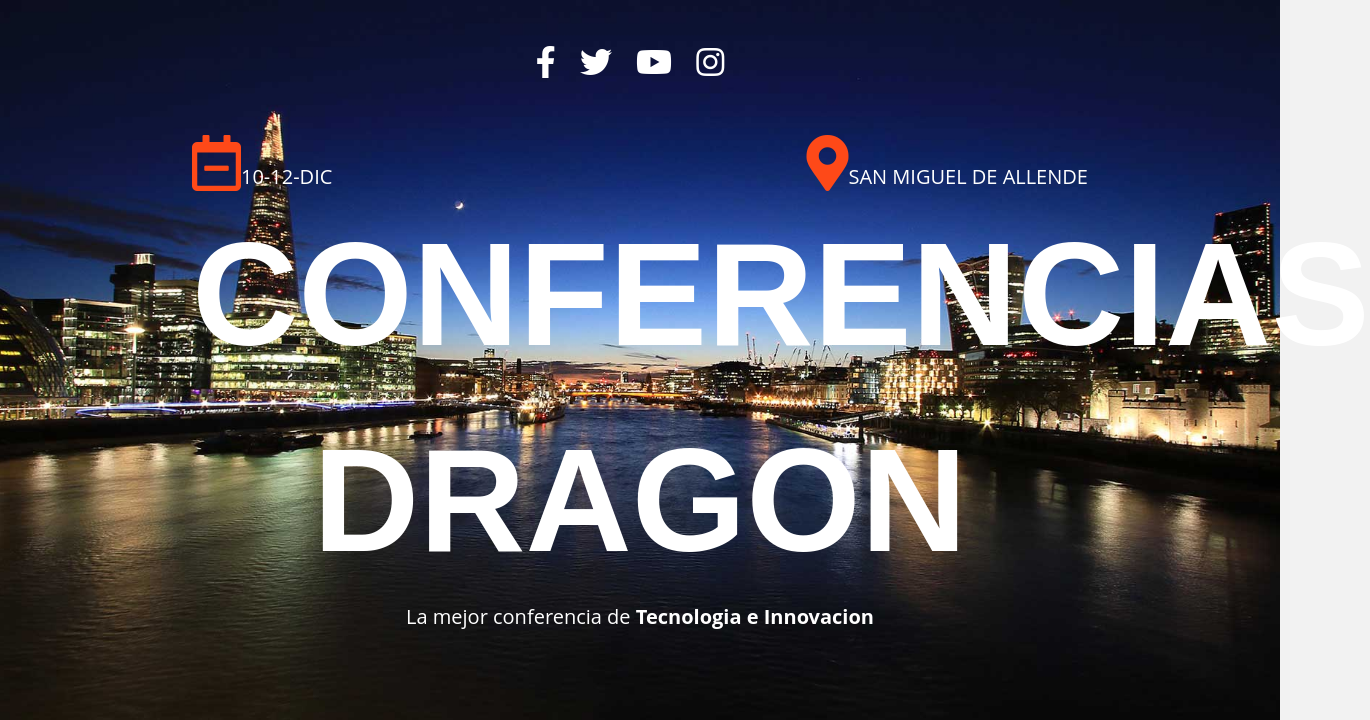
Repository: edgarhdzp/pagina-conferencias-reservaciones
Page: index.html
These files come from the project's save history. The page is drawn as it stood at one moment and after a run of saves; the edit follows.
The browser window is 1280 px wide. The page is 1370 px wide, so the pictures cover 1370 px, including what lies to the right of the window. The pictures show the whole page.

Above is the page before, as saved 2020-06-16 21:40:56.

### index.html
<!doctype html>
<html class="no-js" lang="">

<head>
    <meta charset="utf-8">
    <title>CONFERENCIAS</title>
    <meta name="description" content="">
    <meta name="viewport" content="width=device-width, initial-scale=1">

    <meta property="og:title" content="">
    <meta property="og:type" content="">
    <meta property="og:url" content="">
    <meta property="og:image" content="">

    <link rel="manifest" href="site.webmanifest">
    <link rel="apple-touch-icon" href="icon.png">
    <!-- Place favicon.ico in the root directory -->

    <link rel="stylesheet" href="css/normalize.css">
    <link rel="stylesheet" href="css/fontawesome.min.css">
    <link rel="stylesheet" href="css/all.min.css">
    <link rel="stylesheet" href="css/main.css">
    <link href="https://fonts.googleapis.com/css2?family=Oswald:wght@200&display=swap" rel="stylesheet">

    <meta name="theme-color" content="#fafafa">
</head>

<body>


    <header class="site-header">
        <div class="hero">
            <div class="contenido-header">
                <nav class="redes-sociales">
                    <a href="·"><i class="fab fa-facebook-f"></i></a>
                    <a href="·"><i class="fab fa-twitter"></i></a>
                    <a href="·"><i class="fab fa-youtube"></i></a>
                    <a href="·"><i class="fab fa-instagram"></i></a>
                </nav>
                <div class="informacion-evento">
                    <div class="clearfix">
                        <p class="fecha"><i class="far fa-calendar-minus"></i>10-12-Dic</p>
                        <p class="ciudad"><i class="fas fa-map-marker-alt"></i>San Miguel de Allende</p>
                    </div>
                    <h1 class="nombre-sitio">Conferencias Dragon</h1>
                    <p class="slogan">La mejor conferencia de <span>Tecnologia e Innovacion</span></p>
                </div>
            </div>
        </div>
    </header>

    <script src="js/vendor/modernizr-3.11.2.min.js"></script>
    <script src="js/plugins.js"></script>
    <script src="js/main.js"></script>

    <!-- Google Analytics: change UA-XXXXX-Y to be your site's ID. -->
    <script>
        window.ga = function() {
            ga.q.push(arguments)
        };
        ga.q = [];
        ga.l = +new Date;
        ga('create', 'UA-XXXXX-Y', 'auto');
        ga('set', 'anonymizeIp', true);
        ga('set', 'transport', 'beacon');
        ga('send', 'pageview')
    </script>
    <script src="https://www.google-analytics.com/analytics.js" async></script>
</body>

</html>

### css/main.css
    /*! HTML5 Boilerplate v8.0.0 | MIT License | https://html5boilerplate.com/ */
    /* main.css 2.1.0 | MIT License | https://github.com/h5bp/main.css#readme */
    /*
 * What follows is the result of much research on cross-browser styling.
 * Credit left inline and big thanks to Nicolas Gallagher, Jonathan Neal,
 * Kroc Camen, and the H5BP dev community and team.
 */
    /* ==========================================================================
   Base styles: opinionated defaults
   ========================================================================== */

    html {
        color: #222;
        font-size: 1em;
        line-height: 1.4;
    }
    /*
 * Remove text-shadow in selection highlight:
 * https://twitter.com/miketaylr/status/12228805301
 *
 * Vendor-prefixed and regular ::selection selectors cannot be combined:
 * https://stackoverflow.com/a/16982510/7133471
 *
 * Customize the background color to match your design.
 */

     ::-moz-selection {
        background: #b3d4fc;
        text-shadow: none;
    }

     ::selection {
        background: #b3d4fc;
        text-shadow: none;
    }
    /*
 * A better looking default horizontal rule
 */

    hr {
        display: block;
        height: 1px;
        border: 0;
        border-top: 1px solid #ccc;
        margin: 1em 0;
        padding: 0;
    }
    /*
 * Remove the gap between audio, canvas, iframes,
 * images, videos and the bottom of their containers:
 * https://github.com/h5bp/html5-boilerplate/issues/440
 */

    audio,
    canvas,
    iframe,
    img,
    svg,
    video {
        vertical-align: middle;
    }
    /*
 * Remove default fieldset styles.
 */

    fieldset {
        border: 0;
        margin: 0;
        padding: 0;
    }
    /*
 * Allow only vertical resizing of textareas.
 */

    textarea {
        resize: vertical;
    }
    /* ==========================================================================
   Author's custom styles
   ========================================================================== */

    html {
        box-sizing: border-box;
    }

    *,
    *:before,
    *:after {
        box-sizing: inherit;
    }

    body {
        background-color: #f2f2f2;
        font-family: 'Open Sans', sans-serif;
    }

    h2 {
        font-family: 'Oswald', sans-serif;
    }
    /*header*/

    div.hero {
        background-image: url(../img/encabezado.jpg);
        height: 100vh;
        background-position: top center;
        background-size: cover;
    }

    div.contenido-header {
        padding-top: 40px;
    }

    @media only screen and(min-width:768px) {
        div.contenido-header {
            padding-top: 10px;
        }
    }

    nav.redes-sociales {
        text-align: center;
    }

    nav.redes-sociales a {
        color: #ffffff;
        font-size: 2em;
        margin-right: 20px;
    }

    nav.redes-sociales a :last-child {
        margin-right: 0;
    }

    div.informacion-evento {
        text-align: center;
        color: #fff;
    }

    @media only screen and (min-width:768px) {
        div.informacion-evento {
            width: 70%;
            margin: 0 auto;
            margin-top: 50px;
        }
    }

    div.informacion-evento p {
        margin: 0;
        display: inline;
        font-size: 20px;
        text-transform: uppercase;
    }

    div.informacion-evento p i {
        color: #fe4918;
        font-size: 56px;
    }

    p.fecha {
        float: left;
    }

    p.ciudad {
        float: right;
    }

    p.slogan {
        text-transform: none!important;
    }

    p.slogan span {
        font-weight: bold;
    }

    h1.nombre-sitio {
        font-family: 'PT Sans', sans-serif;
        text-transform: uppercase;
        font-size: 5.9vw;
    }

    @media only screen and (min-width:768px) {
        h1.nombre-sitio {
            font-size: 11.5vw;
            margin: 0;
        }
    }
    /* ==========================================================================
   Helper classes
   ========================================================================== */
    /*
 * Hide visually and from screen readers
 */

    .hidden,
    [hidden] {
        display: none !important;
    }
    /*
 * Hide only visually, but have it available for screen readers:
 * https://snook.ca/archives/html_and_css/hiding-content-for-accessibility
 *
 * 1. For long content, line feeds are not interpreted as spaces and small width
 *    causes content to wrap 1 word per line:
 *    https://medium.com/@jessebeach/beware-smushed-off-screen-accessible-text-5952a4c2cbfe
 */

    .sr-only {
        border: 0;
        clip: rect(0, 0, 0, 0);
        height: 1px;
        margin: -1px;
        overflow: hidden;
        padding: 0;
        position: absolute;
        white-space: nowrap;
        width: 1px;
        /* 1 */
    }
    /*
 * Extends the .sr-only class to allow the element
 * to be focusable when navigated to via the keyboard:
 * https://www.drupal.org/node/897638
 */

    .sr-only.focusable:active,
    .sr-only.focusable:focus {
        clip: auto;
        height: auto;
        margin: 0;
        overflow: visible;
        position: static;
        white-space: inherit;
        width: auto;
    }
    /*
 * Hide visually and from screen readers, but maintain layout
 */

    .invisible {
        visibility: hidden;
    }
    /*
 * Clearfix: contain floats
 *
 * For modern browsers
 * 1. The space content is one way to avoid an Opera bug when the
 *    `contenteditable` attribute is included anywhere else in the document.
 *    Otherwise it causes space to appear at the top and bottom of elements
 *    that receive the `clearfix` class.
 * 2. The use of `table` rather than `block` is only necessary if using
 *    `:before` to contain the top-margins of child elements.
 */

    .clearfix::before,
    .clearfix::after {
        content: " ";
        display: table;
    }

    .clearfix::after {
        clear: both;
    }
    /* ==========================================================================
   EXAMPLE Media Queries for Responsive Design.
   These examples override the primary ('mobile first') styles.
   Modify as content requires.
   ========================================================================== */

    @media only screen and (min-width: 35em) {
        /* Style adjustments for viewports that meet the condition */
    }

    @media print,
    (-webkit-min-device-pixel-ratio: 1.25),
    (min-resolution: 1.25dppx),
    (min-resolution: 120dpi) {
        /* Style adjustments for high resolution devices */
    }
    /* ==========================================================================
   Print styles.
   Inlined to avoid the additional HTTP request:
   https://www.phpied.com/delay-loading-your-print-css/
   ========================================================================== */

    @media print {
        *,
        *::before,
        *::after {
            background: #fff !important;
            color: #000 !important;
            /* Black prints faster */
            box-shadow: none !important;
            text-shadow: none !important;
        }
        a,
        a:visited {
            text-decoration: underline;
        }
        a[href]::after {
            content: " (" attr(href) ")";
        }
        abbr[title]::after {
            content: " (" attr(title) ")";
        }
        /*
   * Don't show links that are fragment identifiers,
   * or use the `javascript:` pseudo protocol
   */
        a[href^="#"]::after,
        a[href^="javascript:"]::after {
            content: "";
        }
        pre {
            white-space: pre-wrap !important;
        }
        pre,
        blockquote {
            border: 1px solid #999;
            page-break-inside: avoid;
        }
        /*
   * Printing Tables:
   * https://web.archive.org/web/20180815150934/http://css-discuss.incutio.com/wiki/Printing_Tables
   */
        thead {
            display: table-header-group;
        }
        tr,
        img {
            page-break-inside: avoid;
        }
        p,
        h2,
        h3 {
            orphans: 3;
            widows: 3;
        }
        h2,
        h3 {
            page-break-after: avoid;
        }
    }

### js/plugins.js
// Avoid `console` errors in browsers that lack a console.
(function() {
  var method;
  var noop = function () {};
  var methods = [
    'assert', 'clear', 'count', 'debug', 'dir', 'dirxml', 'error',
    'exception', 'group', 'groupCollapsed', 'groupEnd', 'info', 'log',
    'markTimeline', 'profile', 'profileEnd', 'table', 'time', 'timeEnd',
    'timeline', 'timelineEnd', 'timeStamp', 'trace', 'warn'
  ];
  var length = methods.length;
  var console = (window.console = window.console || {});

  while (length--) {
    method = methods[length];

    // Only stub undefined methods.
    if (!console[method]) {
      console[method] = noop;
    }
  }
}());

// Place any jQuery/helper plugins in here.

Loaded but not shown: css/normalize.css (library); css/fontawesome.min.css (library); css/all.min.css (library); js/vendor/modernizr-3.11.2.min.js (library); js/main.js (no stored copy; drawn as an empty file)

After the next 4 saves:
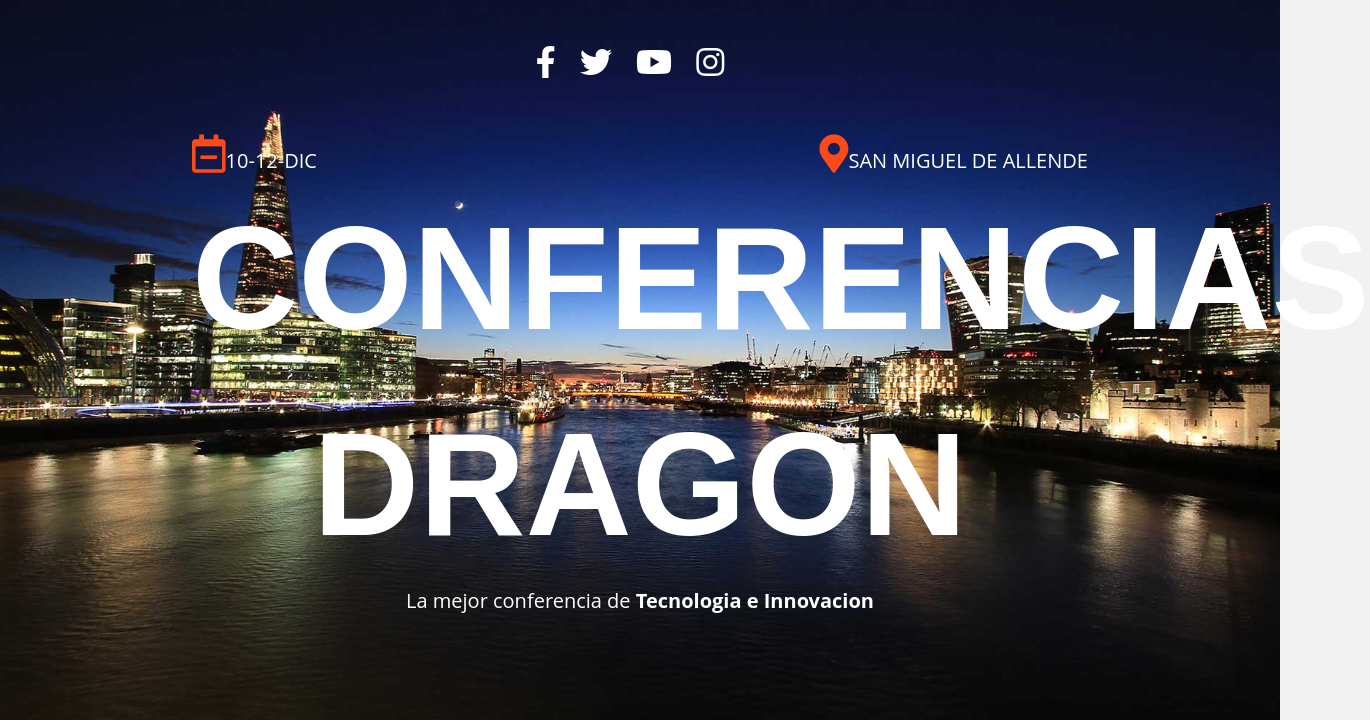
The 4 saves are shown as one change because they came seconds apart.
The last was saved 15 s later.
--- a/css/main.css
+++ b/css/main.css
@@ -152,7 +152,7 @@
 
     div.informacion-evento p i {
         color: #fe4918;
-        font-size: 56px;
+        font-size: 2.4rem;
     }
 
     p.fecha {
